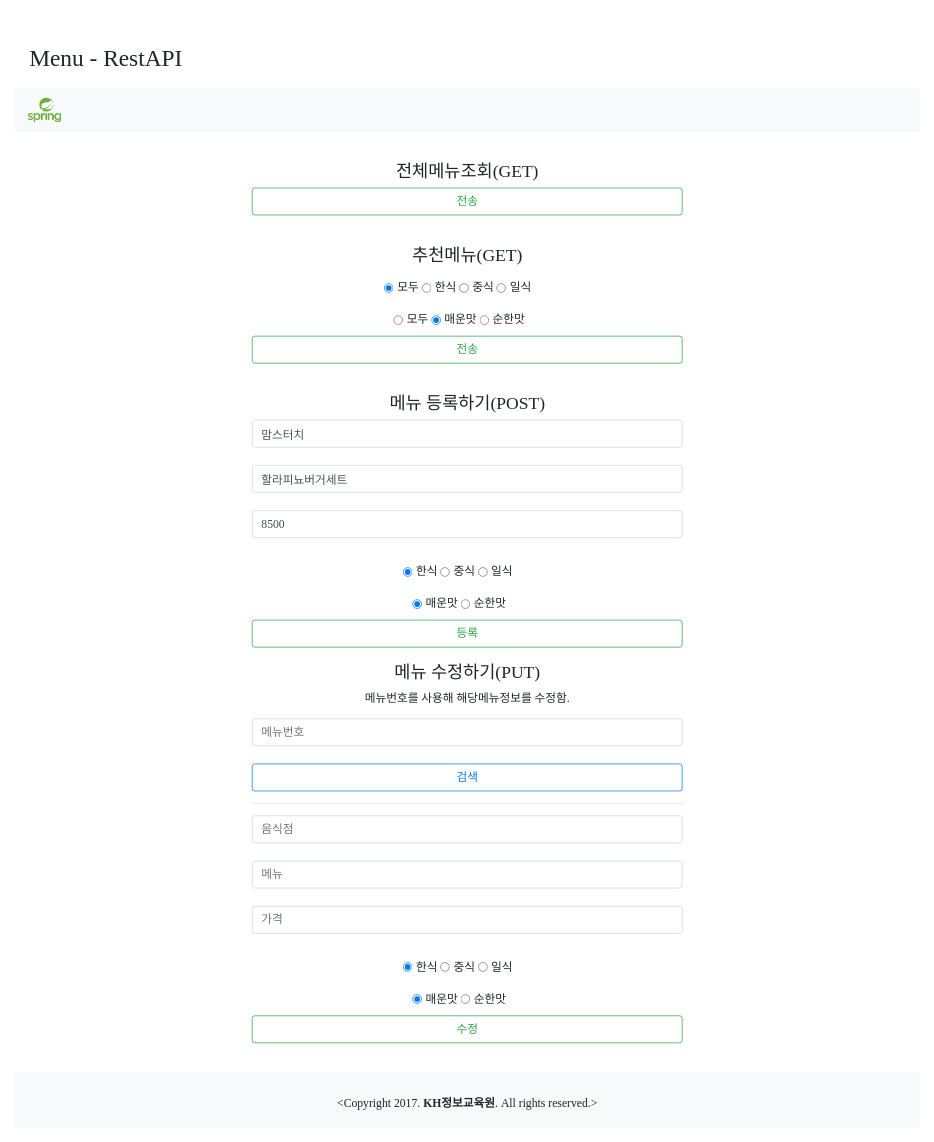
Repository: hyunha95/selfStudy
Page: http://localhost/hello-springboot/
The author's editor kept a copy of each file at every save. The page is drawn from the files as they stood at one save, then again after the next save.
The browser window is 1280 px wide. The pictures show the whole page, at 73% of full size.
The page is served by Tomcat 9.

Above is the page before, as saved 2022-01-11 09:12:16.

After the next save:
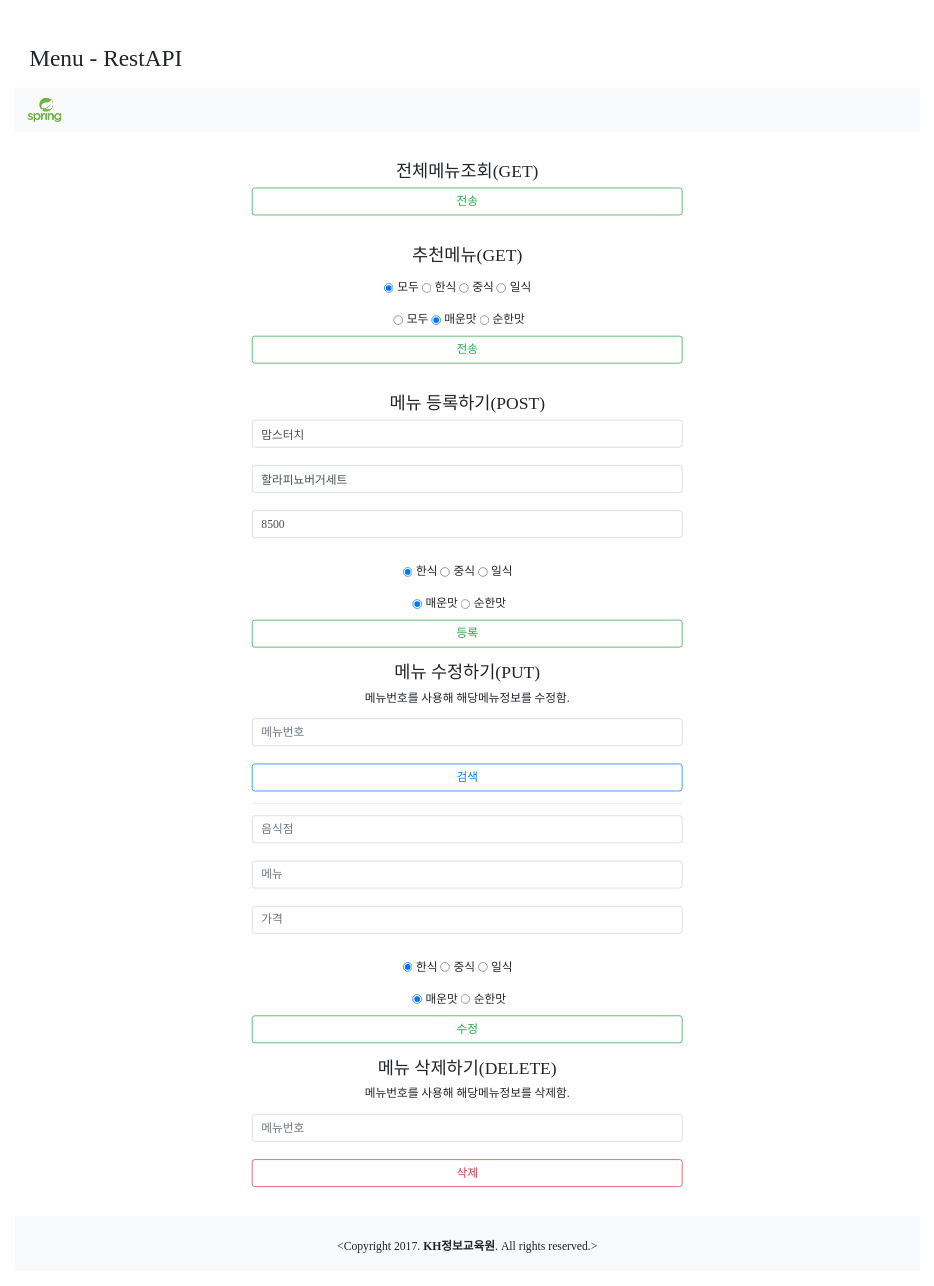
Saved 76 min 15 s later.
--- a/spring_workspace/hello-springboot/src/main/webapp/index.jsp
+++ b/spring_workspace/hello-springboot/src/main/webapp/index.jsp
@@ -309,6 +309,14 @@ div.result{width:70%; margin:0 auto;}
 			});
 			</script>
 
+			<div class="menu-test">
+		    	<h4>메뉴 삭제하기(DELETE)</h4>
+		    	<p>메뉴번호를 사용해 해당메뉴정보를 삭제함.</p>
+		    	<form id="menuDeleteFrm">
+		    		<input type="text" name="id" placeholder="메뉴번호" class="form-control" /><br />
+		    		<input type="submit" class="btn btn-block btn-outline-danger btn-send" value="삭제" >
+		    	</form>
+		    </div>
 
 		</div>
 	</section>
